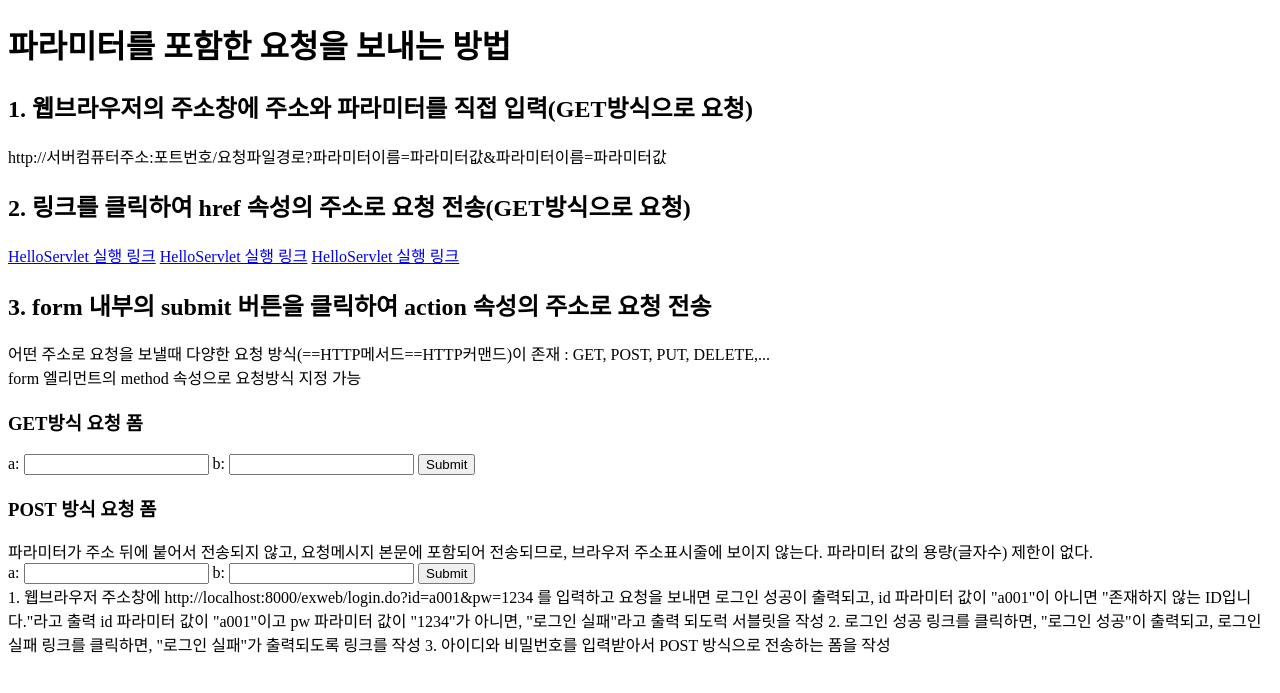
Repository: gywjd848/jeongblog
Page: workspace/exweb/WebContent/param.html
These files come from the project's save history. The page is drawn as it stood at one moment and after the next save; the edit follows.
The browser window is 1280 px wide. The pictures show the whole page.

Above is the page before, as saved 2020-05-15 05:20:21.

After the next save:
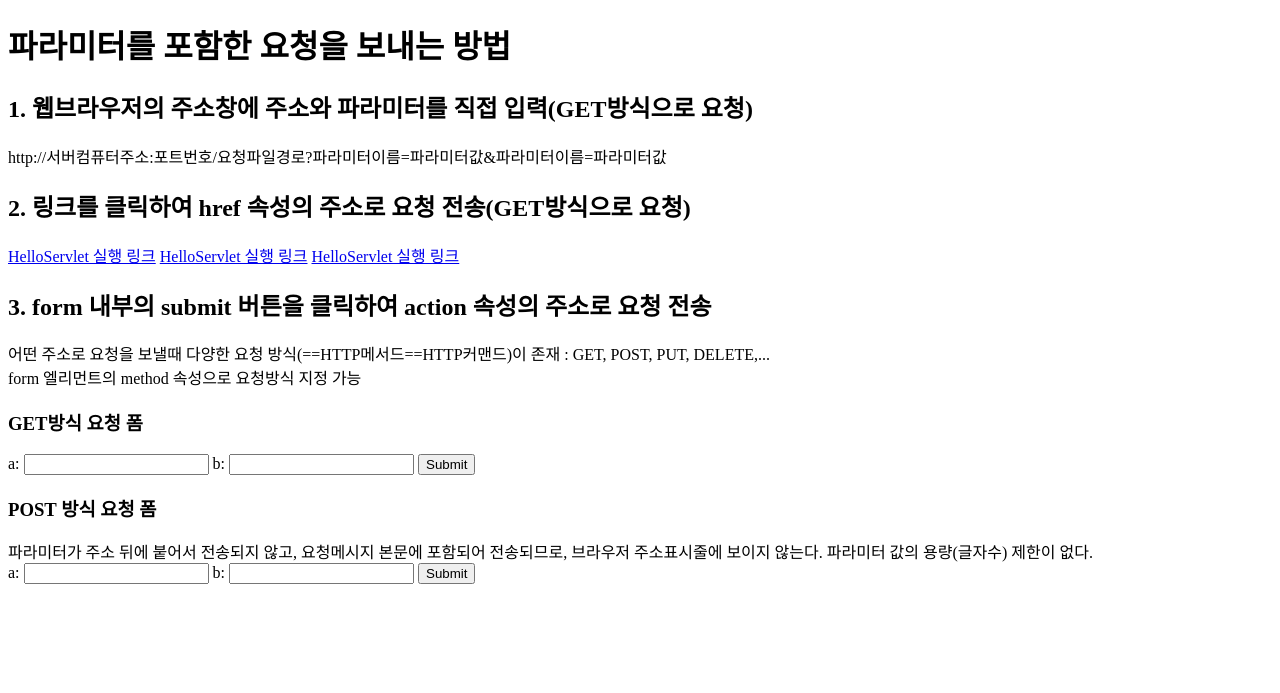
Saved 94 s later.
--- a/workspace/exweb/WebContent/param.html
+++ b/workspace/exweb/WebContent/param.html
@@ -34,6 +34,7 @@
 		<input type="submit" />
 	</form>
 	<div>
+	<a herf=""
 		1. 웹브라우저 주소창에
 		http://localhost:8000/exweb/login.do?id=a001&pw=1234
 		를 입력하고 요청을 보내면 로그인 성공이 출력되고,

After the save that followed:
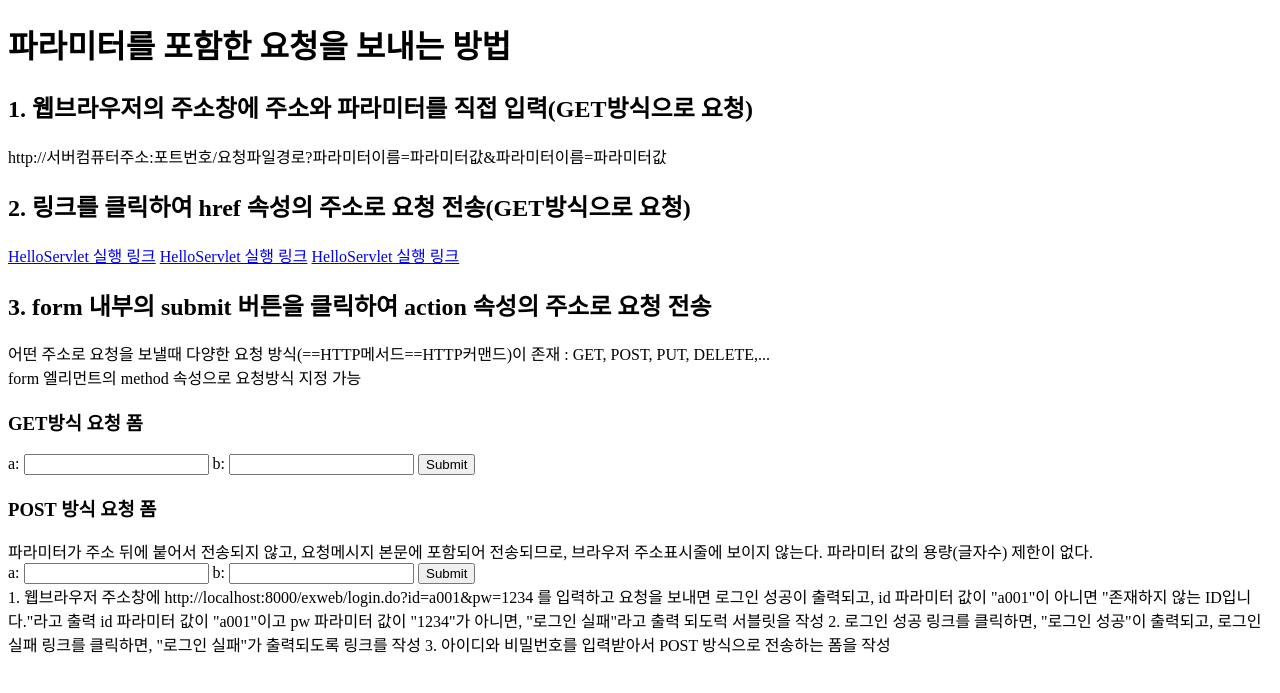
Saved 70 s later.
--- a/workspace/exweb/WebContent/param.html
+++ b/workspace/exweb/WebContent/param.html
@@ -34,7 +34,9 @@
 		<input type="submit" />
 	</form>
 	<div>
-	<a herf=""
+	<a herf="http://localhost:8000/exweb/login.do"></a>
+	</div>
+	<div>
 		1. 웹브라우저 주소창에
 		http://localhost:8000/exweb/login.do?id=a001&pw=1234
 		를 입력하고 요청을 보내면 로그인 성공이 출력되고,
